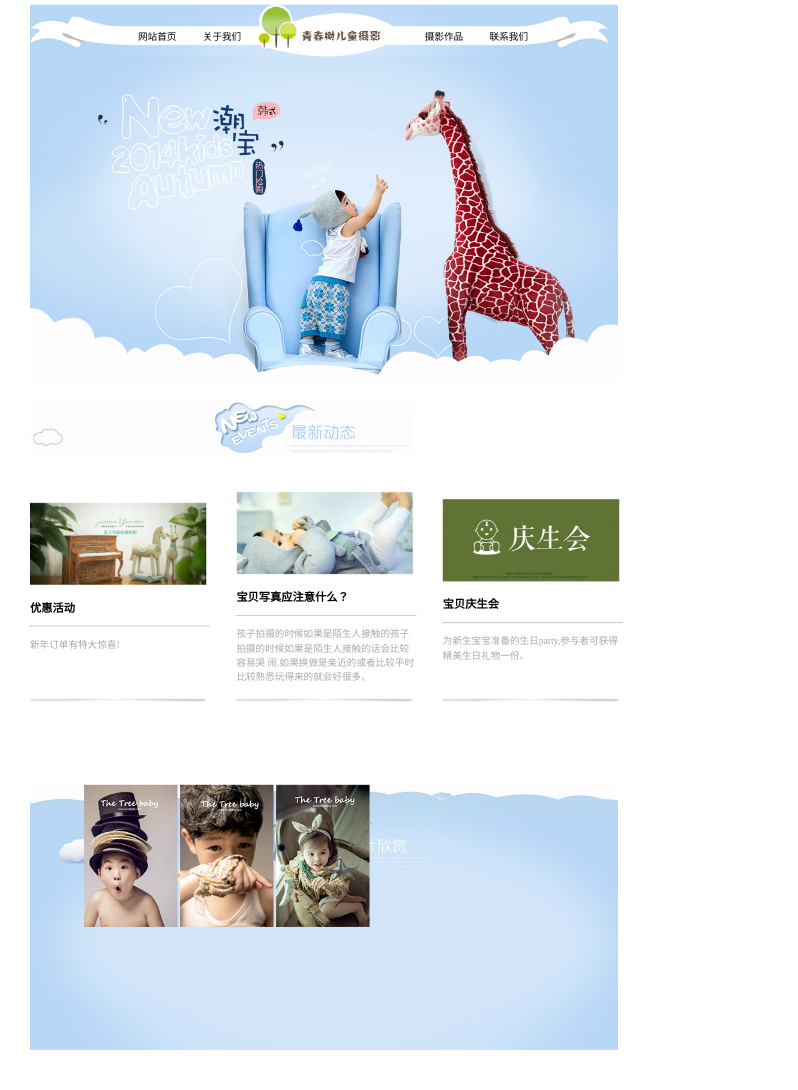
Repository: kxl666/kxl-Html
Page: 05.1.第五节任务(儿童摄影网)/index.html
An editor plug-in stored every save of this project. The page is shown before and after the next save, followed by the edit.
The browser window is 1280 px wide. The page is 1330 px wide, so the pictures cover 1330 px, including what lies to the right of the window. The pictures show the whole page, at 60% of full size.

Above is the page before, as saved 2021-09-16 22:34:01.

### 05.1.第五节任务(儿童摄影网)/index.html
<!DOCTYPE html>
<html lang="en">

<head>
    <meta charset="UTF-8">
    <meta http-equiv="X-UA-Compatible" content="IE=edge">
    <meta name="viewport" content="width=device-width, initial-scale=1.0">
    <title>Document</title>
    <link rel="stylesheet" href="style.css">
</head>

<body>
    <div class="content">
        <div class="header">
            <div class="dh">
                <div class="op">
                    <span>网站首页</span>
                    <span>关于我们</span>
                </div>
                <div class="po">
                    <span>摄影作品</span>
                    <span>联系我们</span>
                </div>
            </div>
        </div>

        <div class="midder">
            <img src="img/dongtai.jpg" id="img1">
            <div class="dt">
                <span>
                    <img src="img/news1.jpg">
                    <h3>优惠活动</h3>
                    <hr>
                    <p>新年订单有特大惊喜!</p><br><br><br>
                    <img src="img/yinying.jpg">
                </span>
                <span>
                    <img src="img/news2.jpg">
                    <h3>宝贝写真应注意什么？</h3>
                    <hr>
                    <p>孩子拍摄的时候如果是陌生人接触的孩子拍摄的时候如果是陌生人接触的话会比较容易哭
                        闹.如果换做是亲近的或者比较平时比较熟悉玩得来的就会好很多。
                        <br>

                    </p>
                    <img src="img/yinying.jpg">
                </span>
                <span>
                    <img src="img/news3.jpg">
                    <h3>宝贝庆生会</h3>
                    <hr>
                    <p>为新生宝宝准备的生日party,参与者可获得精美生日礼物一份。
                        <br><br><br>
                    </p>
                    <img src="img/yinying.jpg">
                </span>
            </div>
        </div>

        <div class="midder2">
            <div class="img2">
                <img src="img/img1.jpg">
                <img src="img/img2.jpg">
                <img src="img/img3.jpg">

            </div>
        </div>
        <div class="footer">

        </div>
    </div>
</body>

</html>

### 05.1.第五节任务(儿童摄影网)/style.css
.content {
    width: 1180px;
    margin: 0 auto;
}

.header {
    margin: 0 auto;
    height: 660px;
    width: 1180px;
    background: url(img/bg.jpg) no-repeat;
    /* background-size:940px 570px; */
}

.dh {
    margin: 0 auto;
    background: url(img/nav.jpg) no-repeat;
    padding: 40px 0 0 120px;
    height: 46px;
    width: 1160px;
    /* margin-top: 10px;  */
}


.op {
    float: left;
    margin-left: 60px;
}

.op span:nth-child(2) {
    padding-left: 40px;
}
.po {
    float: right;
    margin-right: 450px;
}

.po span:nth-child(2) {
    padding-left: 40px;
}

.midder {
    height: 540px;
    width: 1180px;
    margin: 0 auto;
}

#img1 {
    margin-bottom: 60px;
}
/* .dt {
    width: 1030px;
} */

.dt span {
    /* float: left; */
    display: inline-block;
    width: 300px;
    height: 200px;
    padding-left: 0px;
    padding-right: 40px;
}

.dt p {
    font-family: "微软雅黑";
    color: darkgrey;
}

.midder2 {
    background: url(img/xinshang.jpg) no-repeat;
    /* margin: 0 auto; */
    height: 500px;
    margin-top: 2px;
}

.img2 {
    margin: 100px 0px 0px 90px ;
}

After the next save:
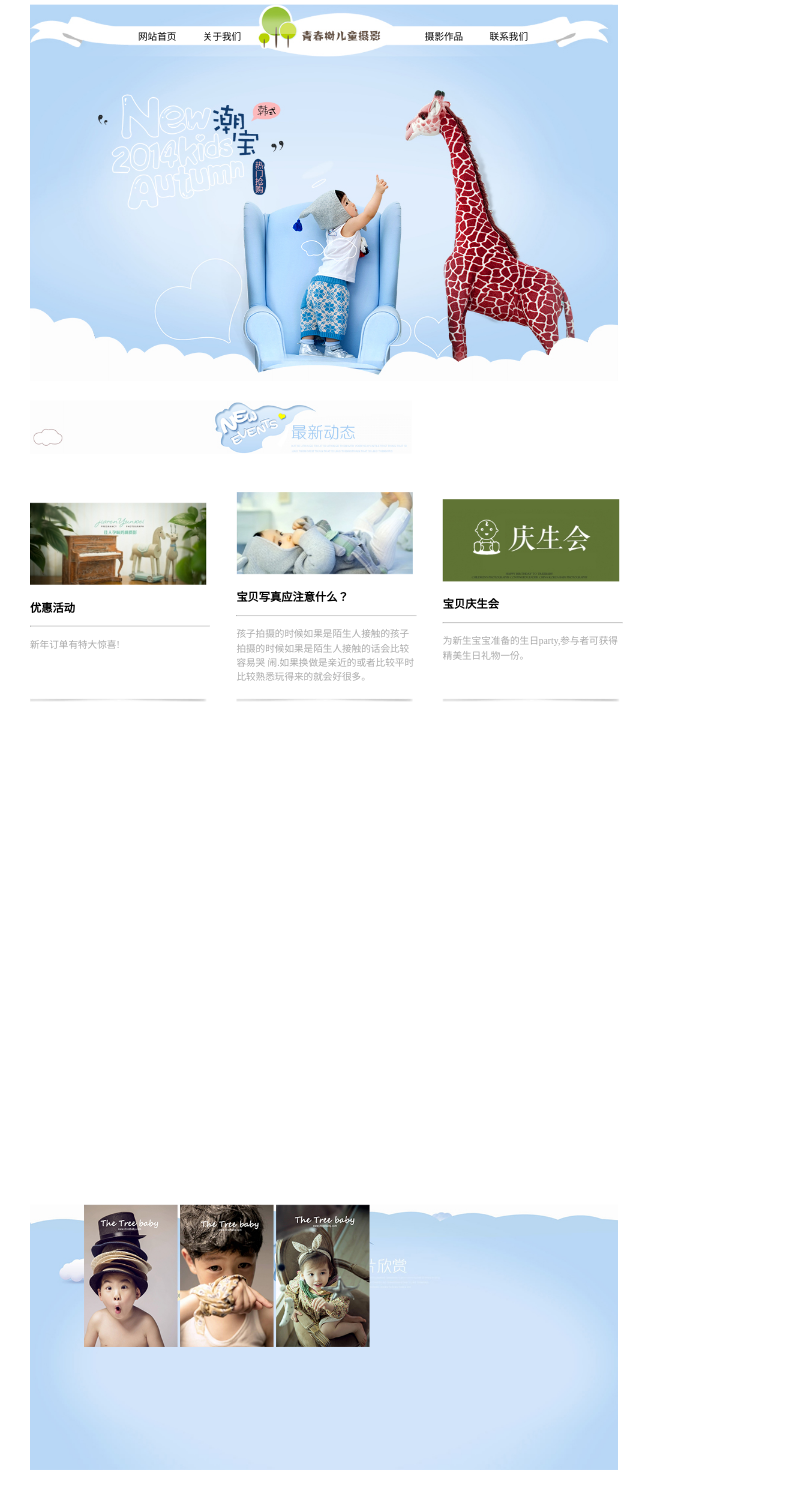
Saved 6 s later.
--- a/05.1.第五节任务(儿童摄影网)/style.css
+++ b/05.1.第五节任务(儿童摄影网)/style.css
@@ -73,5 +73,5 @@
 }
 
 .img2 {
-    margin: 100px 0px 0px 90px ;
+    margin: 800px 0px 0px 90px ;
 }
